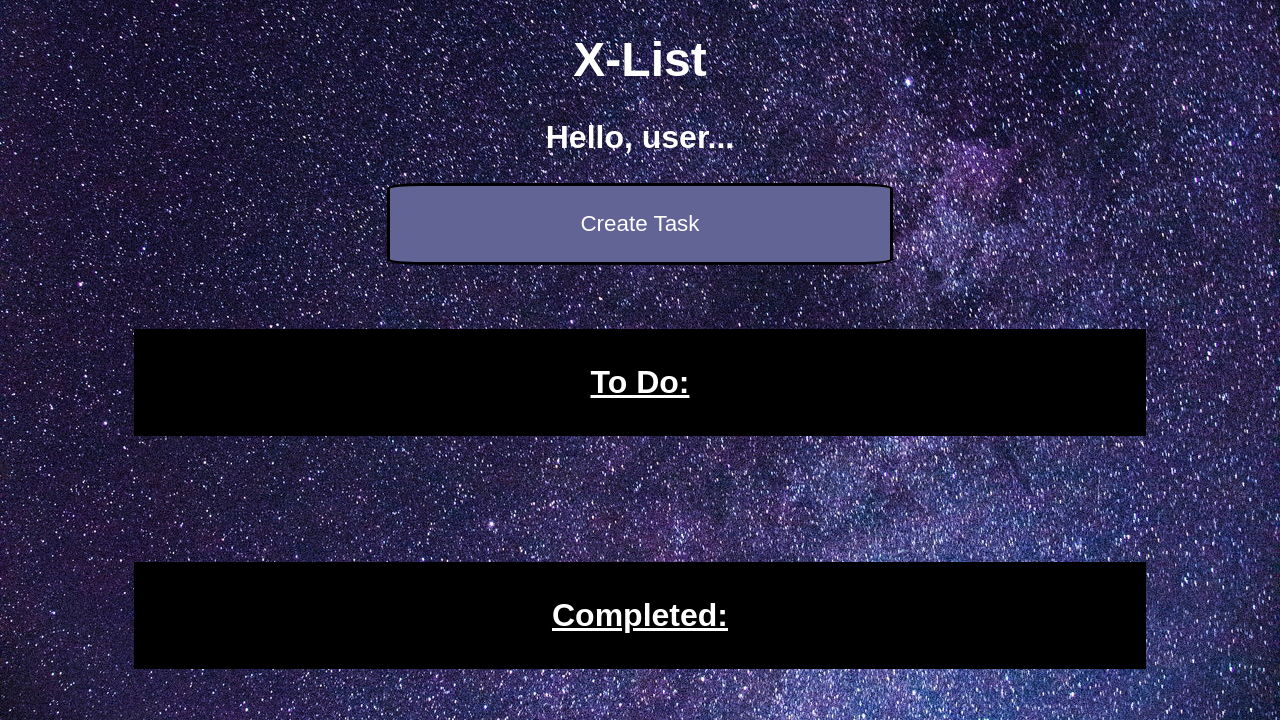
Repository: MikeMoore55/ToDoAppJavascript
Page: index.html
These files come from the project's save history. The page is drawn as it stood at one moment and after the next save; the edit follows.
The browser window is 1280 px wide. The pictures show the whole page.

Above is the page before, as saved 2022-04-14 14:33:32.
Console error (its wording comes from the project's code and is left out).

### index.html
<!DOCTYPE html>
<html lang="en">
<head>
    <meta charset="UTF-8">
    <meta http-equiv="X-UA-Compatible" content="IE=edge">
    <meta name="viewport" content="width=device-width, initial-scale=1.0">
    <script src="scripts/main.js" defer></script>
    <link rel="stylesheet" href="styles/stylesheet.css">
    <link rel="stylesheet" href="https://cdnjs.cloudflare.com/ajax/libs/font-awesome/5.15.2/css/all.min.css">
    <title>X-List</title>
    <link rel="icon" href=".//media/iconmonstr-x-mark-3-240.png">
</head>
<body>
    <main id="main" class="main">

        <header id="header" class="header">
            <h1>X-List</h1>
            <h2>Hello, user...</h2>
        </header>


         <!-- created a button which shows modal once clicked to crete a task -->
        <div class="modalBtnDiv">
            <button id="modalBtn" class="modalBtn">Create Task</button>
        </div>

        <div id="modalDiv" class="modalDiv">
        <!-- modal with form for creating tasks -->
            <form id="modal" class="modal">
                <button type="submit" id="cancelBtn" class="cancelBtn">X</button>
                <p id="taskHeading" class="modalheadings">Task:</p>
                <input type="text" id="taskInput" class="taskInput">
                <p id="formMessage" class="formMessage"></p>
                <p id="dateHeading" class="modalheadings">Due Date:</p>
                <input type="date" id="date" class="duedate"/>
                <input type="time" id="time" class="duedate"/>
                <div id="btnDiv" class="btnDiv">
                    <button type="submit" id="addBtn" class="addBtn">Add Task</button>

                </div>
            </form>
        </div>
        <!-- container created to store the 2 list types, to do, and completed -->
        <div id="listsContainer" class="listsContainer">
            <div class="toDoListDiv">
                <h3>To Do:</h3>
                <p id="errorMessage" class="errorMessage"></p>
                <ul id="toDoList" class="toDoList">

                </ul>
            </div>
            <div id="completedDiv" class="completedDiv">
                <h3>Completed:</h3>
                <ul id="completedList" class="completedList">

                </ul>
            </div>
        </div>
    </main>
</body>
</html>

### scripts/main.js
/*
 ____the naming conventions used____
    -camelCase = for normal variable and function declaration
    -SCREAMING_SNAKE_CASE = for global variable and function declaration
 */

//when page loads, get all tasks remaining from local storage
window.onload = loadTasks;

//prevent the task input form from "freaking out"
document.querySelector("form").addEventListener("submit", e => {
e.preventDefault();
addTask();
});


// ----- modal ----- //

const MODAL = document.querySelector("#modal")
const MODAL_BTN = document.querySelector("#modalBtn")
const CANCEL_BTN = document.querySelector("#cancelBtn")

const displayModal = () => {
  MODAL.style.display = "block"
}

const hideModal = () => {
  MODAL.style.display = "none"
}

MODAL_BTN.addEventListener('click', displayModal)
CANCEL_BTN.addEventListener('click', hideModal)


// Get the tasks from localStorage and convert it to an array
const TASKS = Array.from(JSON.parse(localStorage.getItem("tasks")));

// ----- load tasks ----- //

function loadTasks() {
    // check if localStorage has any tasks

    // if not then return
    if (localStorage.getItem("tasks") == null) return;

    // Loop through the tasks and add them to the list
    TASKS.forEach(task => {
      const list = document.querySelector("#toDoList");
      const li = document.createElement("li");
      li.innerHTML = `<input type="checkbox" onclick="taskComplete(this)" class="check" ${task.completed ? 'checked' : ''}>
        <input type="text" value="${task.task}" class="task ${task.completed ? 'completed' : ''}" onfocus="getCurrentTask(this)" onblur="editTask(this)">
        <button class="delBtnContainer" onclick="removeTask(this)"> <img src=".//media/iconmonstr-x-mark-7-240.png" alt="delete img" class="delBtnImg" > </button>`;
      list.insertBefore(li, list.children[0]);
  });
}

// ----- add tasks ----- //

function addTask() {
    const task = document.querySelector("form input");
    const list = document.querySelector("#toDoList");

    // return if task is empty
    if (task.value === "") {
      document.getElementById("formMessage").innerHTML ="Please add a task!"
      return false;
    }

    // check is task already exist
    if (document.querySelector(`input[value="${task.value}"]`)) {
      document.getElementById("formMessage").innerHTML = "This task exists!"
      return false;
    }

    else{
      document.getElementById("formMessage").innerHTML = ""
    }

    // add task to local storage
    localStorage.setItem("tasks", JSON.stringify([...JSON.parse(localStorage.getItem("tasks") || "[]"), { task: task.value, completed: false }]));

    // create list item, add innerHTML and append to ul
    const li = document.createElement("li");
    li.innerHTML = `<input type="checkbox" onclick="taskComplete(this)" class="check">
    <input type="text" value="${task.value}" class="task" onfocus="getCurrentTask(this)" onblur="editTask(this)">
    <button class="delBtnContainer" onclick="removeTask(this)"> <img src=".//media/iconmonstr-x-mark-7-240.png" alt="delete img" class="delBtnImg" > </button>`;
    list.appendChild(li)
    document.getElementById("formMessage").innerHTML =""

    // clears input field
    task.value = "";
}


// ----- complete tasks ----- //

function taskComplete(event) {
  TASKS.forEach(task => {
      if (task.task === event.nextElementSibling.value) {
        task.completed = !task.completed;
      }
    });
    localStorage.setItem("tasks", JSON.stringify(TASKS));
    event.nextElementSibling.classList.toggle("completed");
}


// ----- remove tasks ----- //
function removeTask(event) {
  TASKS.forEach(task => {
      if (task.task === event.parentNode.children[1].value) {
        // delete task
        TASKS.splice(TASKS.indexOf(task), 1);
      }
    });
    localStorage.setItem("tasks", JSON.stringify(TASKS));
    event.parentElement.remove();
}

// store current task to track changes
let currentTask = null;

// get current task
function getCurrentTask(event) {
    currentTask = event.value;
}

// ----- edit tasks ----- //
function editTask(event) {
    // check if task is empty
    if (event.value === "") {
      document.getElementById("errorMessage").innerHTML = "The task is empty"
      event.value = currentTask;
      return;
    }

    else
    {
      document.getElementById("errorMessage").innerHTML = ""
    }

    // if task already exist
    TASKS.forEach(task => {
      if (task.task === event.value) {
      document.getElementById("errorMessage").innerHTML = "The task already exist!";
        event.value = currentTask;
        return;
      }

      else{
      document.getElementById("errorMessage").innerHTML = "";
      }

    });

    // ----- update task ----- //
    TASKS.forEach(task => {
      if (task.task === currentTask) {
        task.task = event.value;
      }

    });

    // update local storage
    localStorage.setItem("tasks", JSON.stringify(TASKS));
}

### styles/stylesheet.css
*{
    box-sizing: border-box;
}

*{
    scroll-behavior: smooth;
}

body{
    background-image: url(../media/galaxy-img.jpg);
    background-position: center;
}

.modal{
    position: fixed;
    z-index: 2;
    top: 5%;
    left: 10%;
    right: 10%;
    width: 80%;
    padding: 2% 5% 5% 5%;
    display: none;
    border: solid black 3px;
    background-color: #636496;
    border-radius: 5%;
}

.cancelBtn{
    position: relative;
    top: 0;
    right: 0;
    left: 85%;
    width: 15%;
    height: 15%;
    font-size: 1.5em;
    color: white;
    background-color: black;
    border: solid black 3px;
    border-radius: 5%;
}

.modalheadings{
    color: white;
    font-family: Arial, Helvetica, sans-serif;
    font-size: 1.8em;
    text-decoration: underline;
}

.taskInput{
    width: 100%;
    height: 2.6em;
    padding: .2em;
    border: solid black 3px;
    border-radius: 5%;
}

.formMessage{
    font-family: Arial, Helvetica, sans-serif;
    font-size: 1em;
    color: white;
}

.duedate{
    width: 30%;
    height: 2.6em;
    padding: .2em;
    border: solid black 3px;
    margin-bottom: 5%;
    border-radius: 5%;
}

.addBtn{
    position: relative;
    left: 32%;
    right: 32%;
    width: 36%;
    font-family: Arial, Helvetica, sans-serif;
    font-size: 1.25em;
    color: white;
    background-color: black;
    border: solid black 3px;
    border-radius: 5%;
}

h1{
    color: white;
    font-family: Arial, Helvetica, sans-serif;
    font-size: 3em;
    text-align: center;
}

h2{
    color: white;
    font-family: Arial, Helvetica, sans-serif;
    font-size: 2em;
    text-align: center;
}

.modalBtn{
    position: relative;
    width: 40%;
    left: 30%;
    right: 30%;
    background-color: #636496;
    color: white;
    font-size: 1.4em;
    font-family: Arial, Helvetica, sans-serif;
    padding: 2%;
    border: solid black 3px;
    border-radius: 7%;
}

.toDoListDiv{
    position: relative;
    z-index: 0;
    left: 10%;
    right: 10%;
    width: 80%;
    border: solid black 3px;
    margin-top: 5%;
    background-color: black;
}

h3{
    color: white;
    font-family: Arial, Helvetica, sans-serif;
    font-size: 2em;
    text-decoration: underline;
    text-align: center;
}

.toDoList{
    padding: 0% 2% 0% 2%;
    list-style: none;
    direction: ltr;
}

.check{

}

li{
    list-style: none;
    background-color: #636496;
    padding-top: 2%;
    padding-bottom: 2%;
    margin-top: 5%;
}

.task{
    position: relative;
    font-family: Arial, Helvetica, sans-serif;
    font-size: 1.3em;
    width: 70%;
    padding: .3em;
    background-color: #636496;
    color: white;
    border: none;
}

.delBtnContainer{
    width: 2.5em;
    height: 2.5em;
    background-color: #636496;
    border: none;
    padding: 1%;
}

.delBtnImg{
    width: 1.5em;
}

.completed{
    text-decoration: line-through;
}

.completedDiv{
    position: relative;
    z-index: 0;
    left: 10%;
    right: 10%;
    width: 80%;
    border: solid black 3px;
    margin-top: 10%;
    background-color: black;
}

@media(min-width: 490px){
    body{
        background-image: url(../media/galaxy-img-med.jpg);
        background-position: center;
    }
}

@media(min-width: 900px){
    body{
        background-image: url(../media/galaxy-img-med.jpg);
        background-position: center;
    }
}

After the next save:
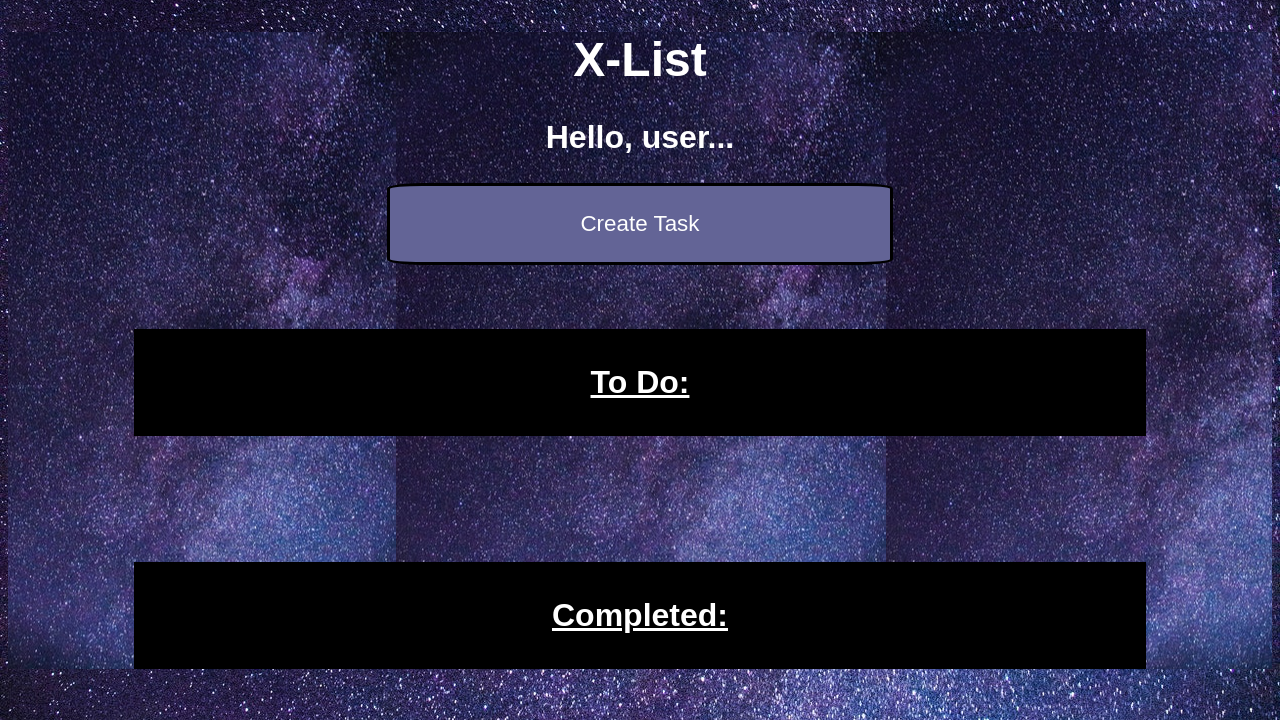
Saved 6 min 28 s later.
--- a/styles/stylesheet.css
+++ b/styles/stylesheet.css
@@ -6,7 +6,7 @@
     scroll-behavior: smooth;
 }
 
-body{
+.main{
     background-image: url(../media/galaxy-img.jpg);
     background-position: center;
 }

After the save that followed:
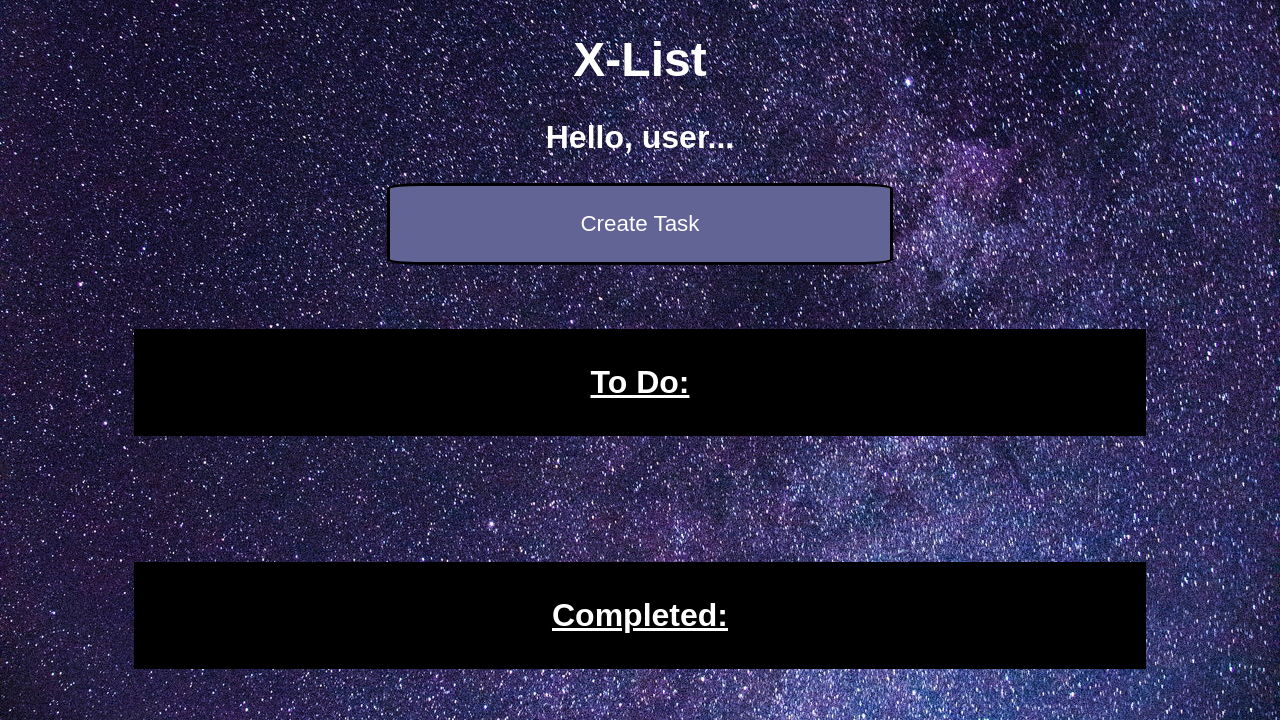
Saved 9 s later.
--- a/styles/stylesheet.css
+++ b/styles/stylesheet.css
@@ -6,7 +6,7 @@
     scroll-behavior: smooth;
 }
 
-.main{
+body{
     background-image: url(../media/galaxy-img.jpg);
     background-position: center;
 }
